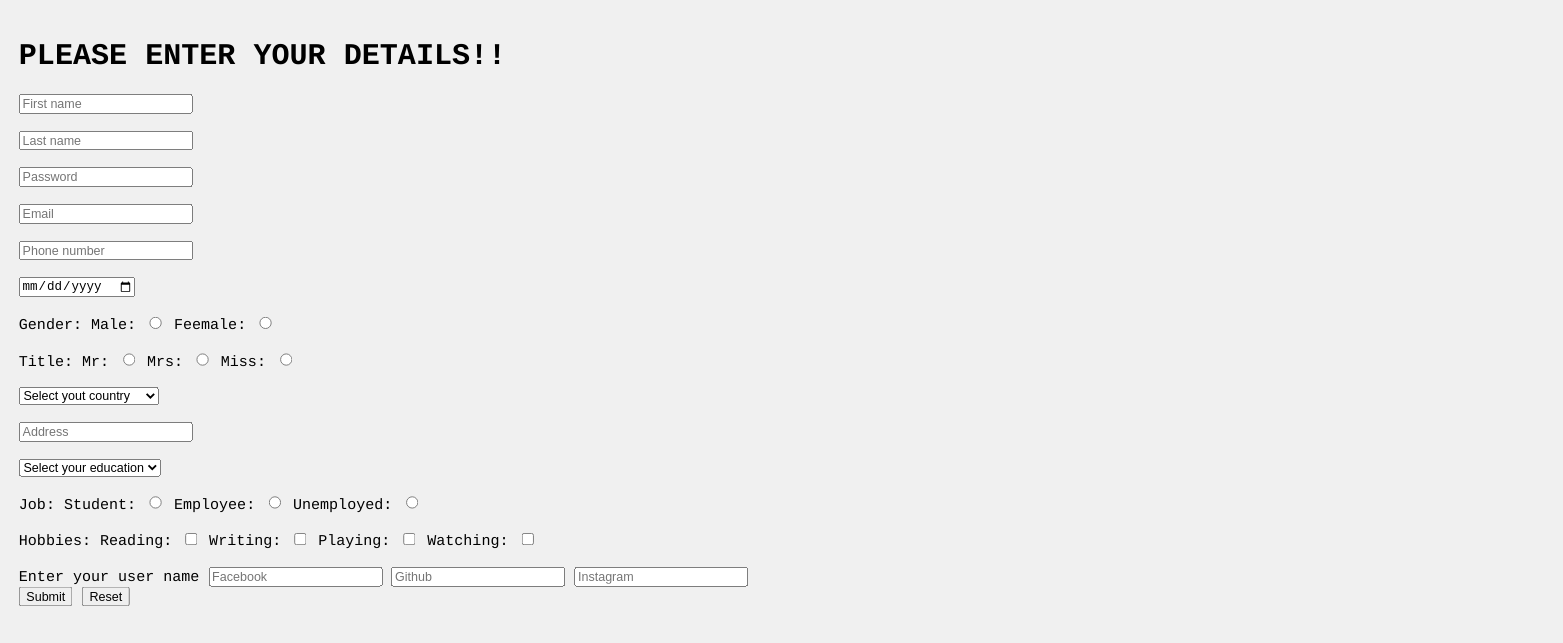
Repository: Haakim19/web-dev
Page: http://localhost/form2/index.php
The author's editor kept a copy of each file at every save. The page is drawn from the files as they stood at one save, then again after the next save.
The browser window is 1280 px wide. The page is 1280 px wide, then 1663 px, then 1280 px, so the pictures cover 1663 px, including what lies to the right of the window. The pictures show the whole page, at 94% of full size.
The page is run by PHP 8.4 with error messages shown; the project is at /var/www/html/.

Above is the page before, as saved 2024-06-06 18:48:12.

After the next save:
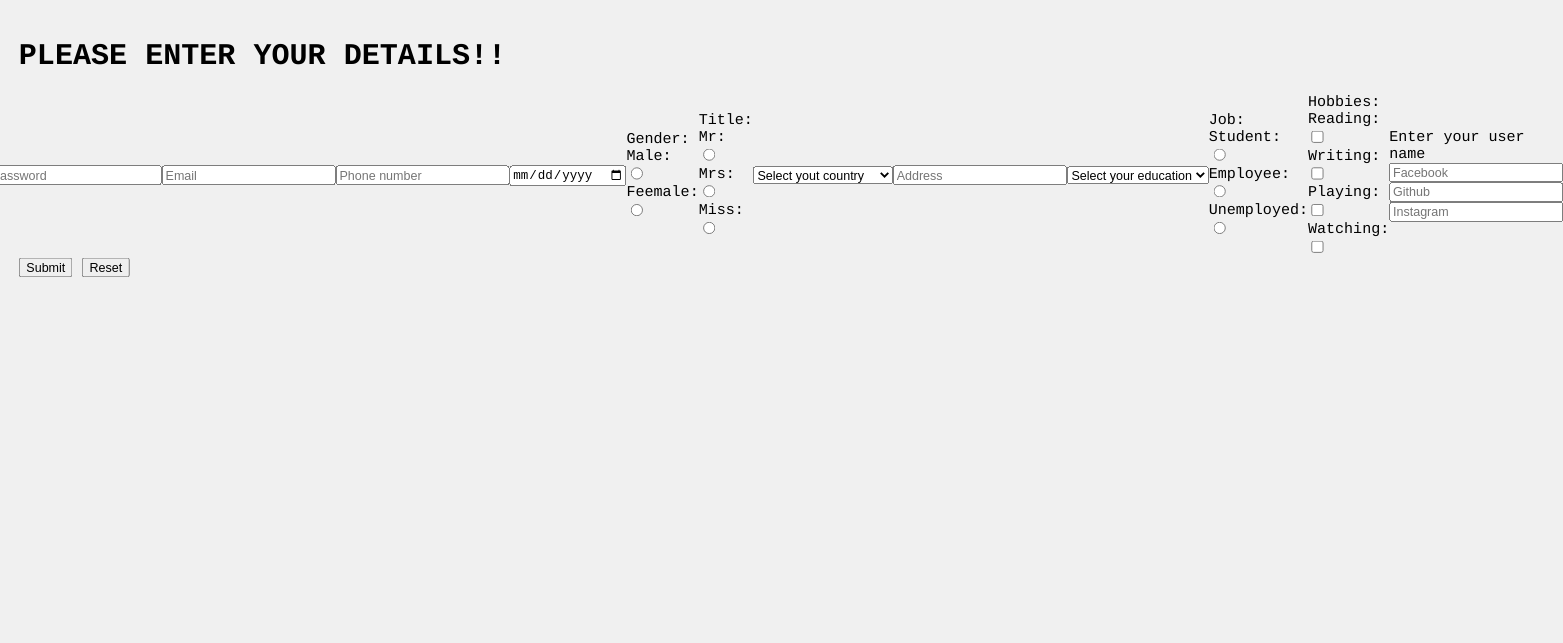
Saved 13 s later.
--- a/form2/INDEX.CSS
+++ b/form2/INDEX.CSS
@@ -4,3 +4,9 @@ body{
     margin: 10px;
     padding: 10px;
 }
+
+.centerd_element{
+    display: flex;
+    justify-content: center;
+    align-items: center;
+}

After the save that followed:
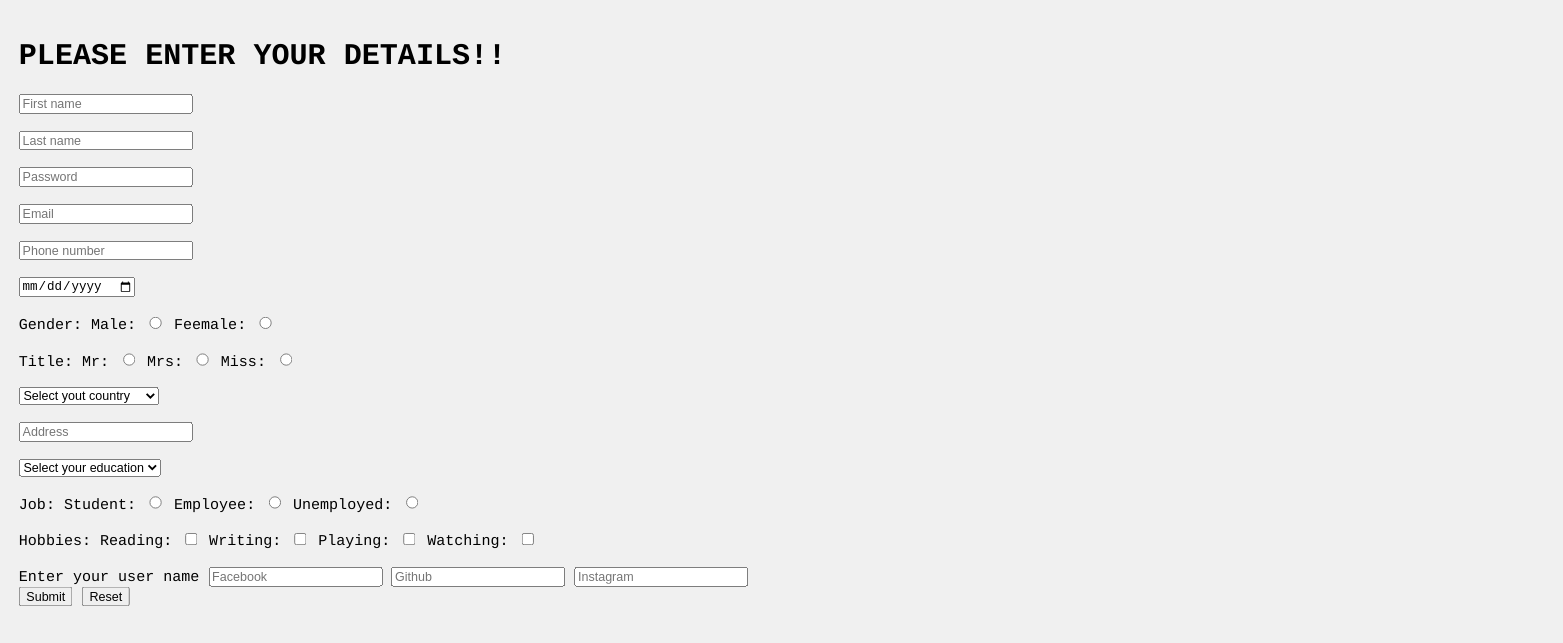
Saved 29 s later.
--- a/form2/INDEX.CSS
+++ b/form2/INDEX.CSS
@@ -6,7 +6,7 @@ body{
 }
 
 .centerd_element{
-    display: flex;
+    display: table-row;
     justify-content: center;
     align-items: center;
 }
